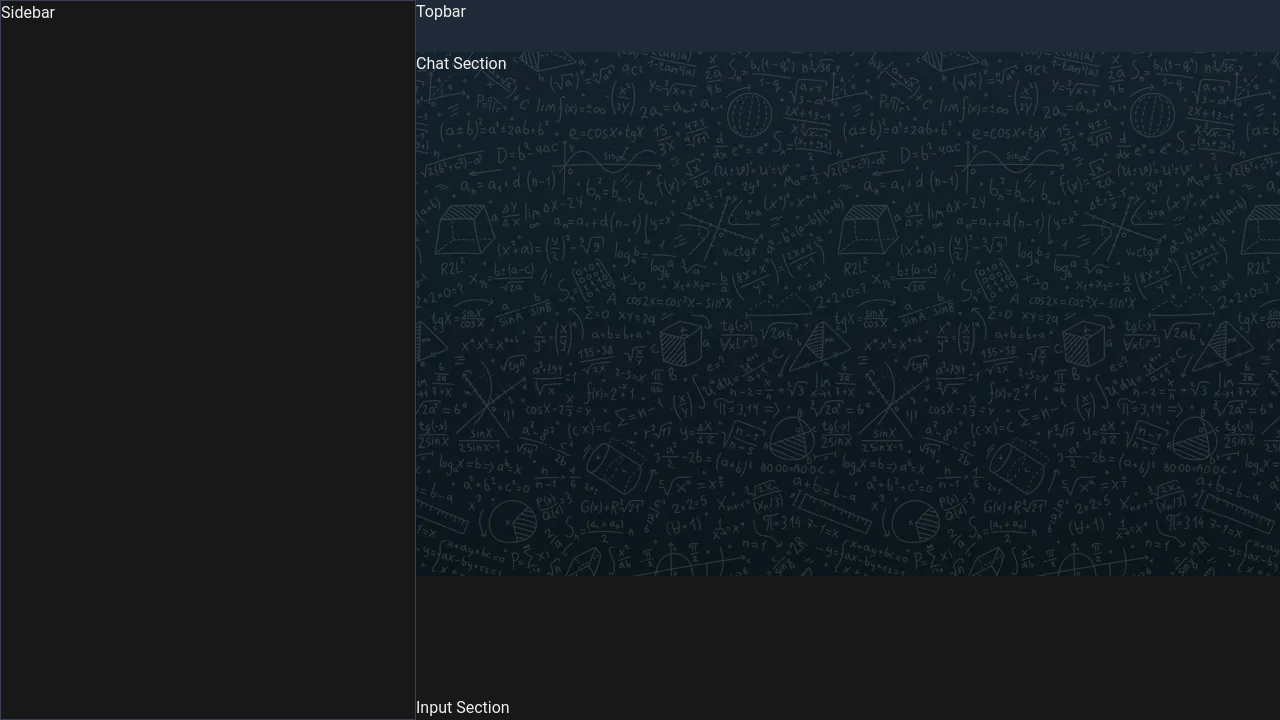
Repository: Qu4ntumGuy/telegram-clone
Page: /
The author's editor kept a copy of each file at every save. The page is drawn from the files as they stood at one save, then again after the next save.
The browser window is 1280 px wide. The pictures show the whole page.
The project was rebuilt for these pictures with package versions that can differ from the ones it lists, and the page was loaded fresh each time. Also part of the build but not shown: src/Utils/ContextProvider.js.

Above is the page before, as saved 2024-07-15 11:36:23.

### src/index.css
@tailwind base;
@tailwind components;
@tailwind utilities;

:root {
  font-family: "Roboto", sans-serif;
  color-scheme: light;
  body {
    @apply bg-[#181818] text-[#f0f0f0];
  }
}
/*
:root {
  @apply bg-[#181818];
} */

### src/App.js
import { Routes, BowserRouter, Route } from "react-router-dom";
import Sidebar from "./Components/Sidebar";
import Home from "./Pages/Home/Home";

function App() {
  return (
    <div className="flex max-w-[105rem] mx-auto">
      <Sidebar />

      <Home />
    </div>
  );
}

export default App;

### src/Components/Sidebar.js
import React from "react";
import { useComponentContext } from "../Utils/ContextProvider";

function Sidebar() {
  const context = useComponentContext();
  return (
    <div className="min-w-[26rem] border border-gray-700 h-screen">Sidebar</div>
  );
}

export default Sidebar;

### src/Pages/Home/Home.js
import React from "react";
import backgroundImage from "../../Assets/Desktop.webp";

function Home() {
  const image =
    "https://blog.1a23.com/wp-content/uploads/sites/2/2020/02/pattern_02-150x150.png";

  //   const divStyle = {
  //     width: "100%",
  //     height: "100vh", // Adjust the height as needed
  //     backgroundImage: `url(${backgroundImage})`,
  //     backgroundSize: "cover", // Ensures the image covers the entire div
  //     backgroundPosition: "center", // Centers the image
  //   };
  return (
    <div
      className="flex flex-col justify-center bg-no-repeat h-screen w-full "
      style={{ backgroundImage: `url(${backgroundImage})` }}
    >
      <div className="top-0 mb-auto h-14 border-b border-gray-800 bg-gray-800">
        Topbar
      </div>
      <div className="flex flex-col h-full">
        <div className="top-0">Chat Section</div>
        <div className="bottom-0 mt-auto">Input Section</div>
      </div>
    </div>
  );
}

export default Home;

Loaded but not shown: public/index.html (common file); src/index.js (common file); src/reportWebVitals.js (common file); tailwind.config.js (common file)

After the next save:
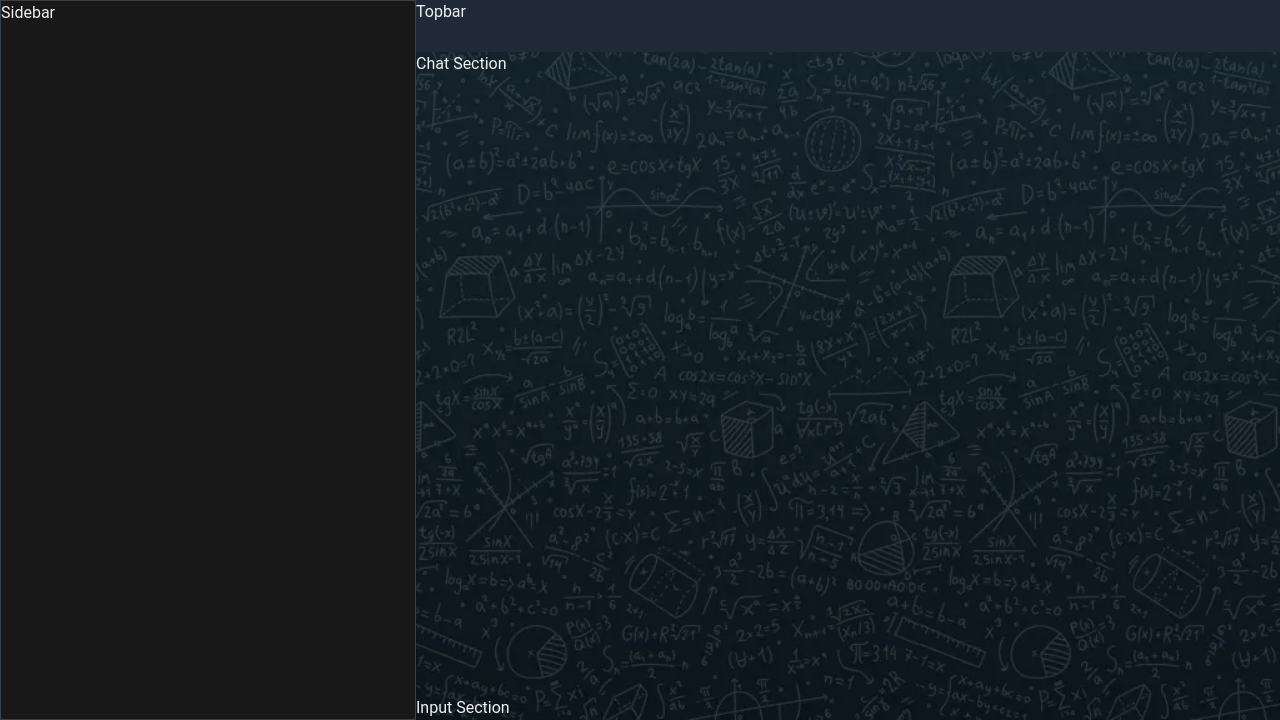
Saved 14 s later.
--- a/src/Pages/Home/Home.js
+++ b/src/Pages/Home/Home.js
@@ -14,7 +14,7 @@ function Home() {
   //   };
   return (
     <div
-      className="flex flex-col justify-center bg-no-repeat h-screen w-full "
+      className="flex flex-col justify-center bg-cover h-screen w-full "
       style={{ backgroundImage: `url(${backgroundImage})` }}
     >
       <div className="top-0 mb-auto h-14 border-b border-gray-800 bg-gray-800">
